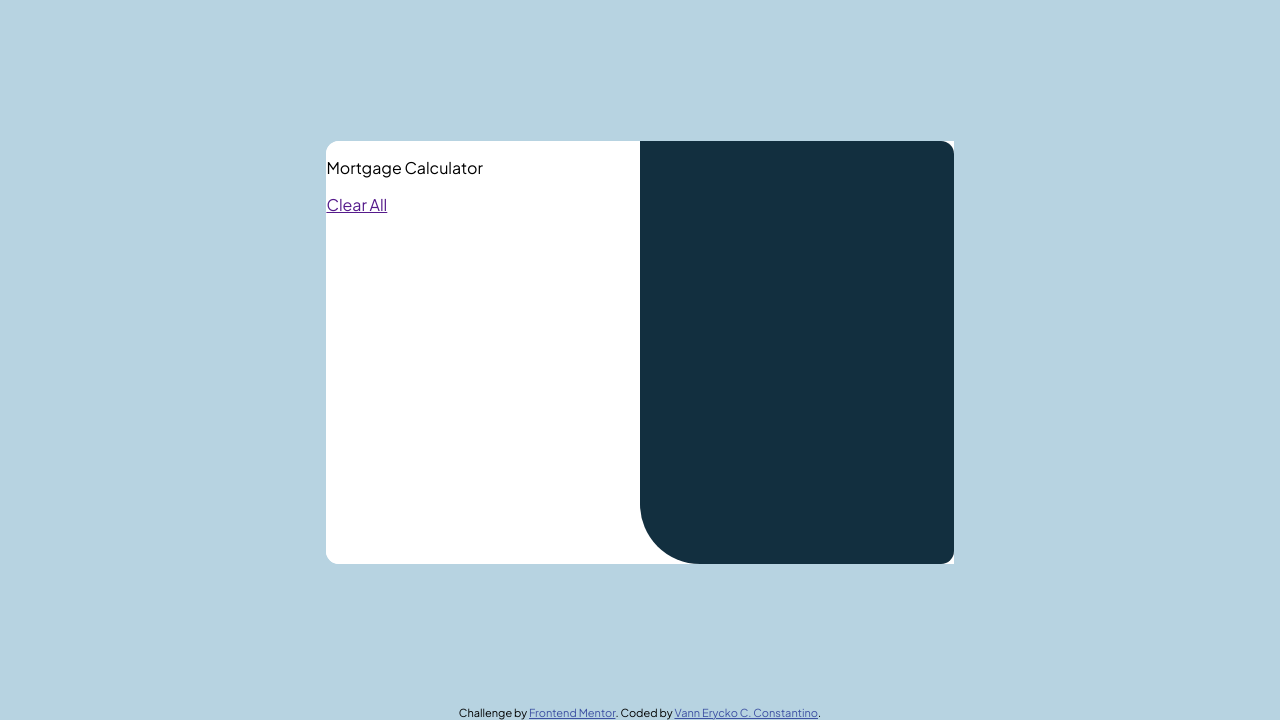
Repository: kocokoy/mortgage-repayment-calculator
Page: index.html
The author's editor kept a copy of each file at every save. The page is drawn from the files as they stood at one save, then again after the next save.
The browser window is 1280 px wide. The pictures show the whole page.

Above is the page before, as saved 2024-10-29 10:06:34.

After the next save:
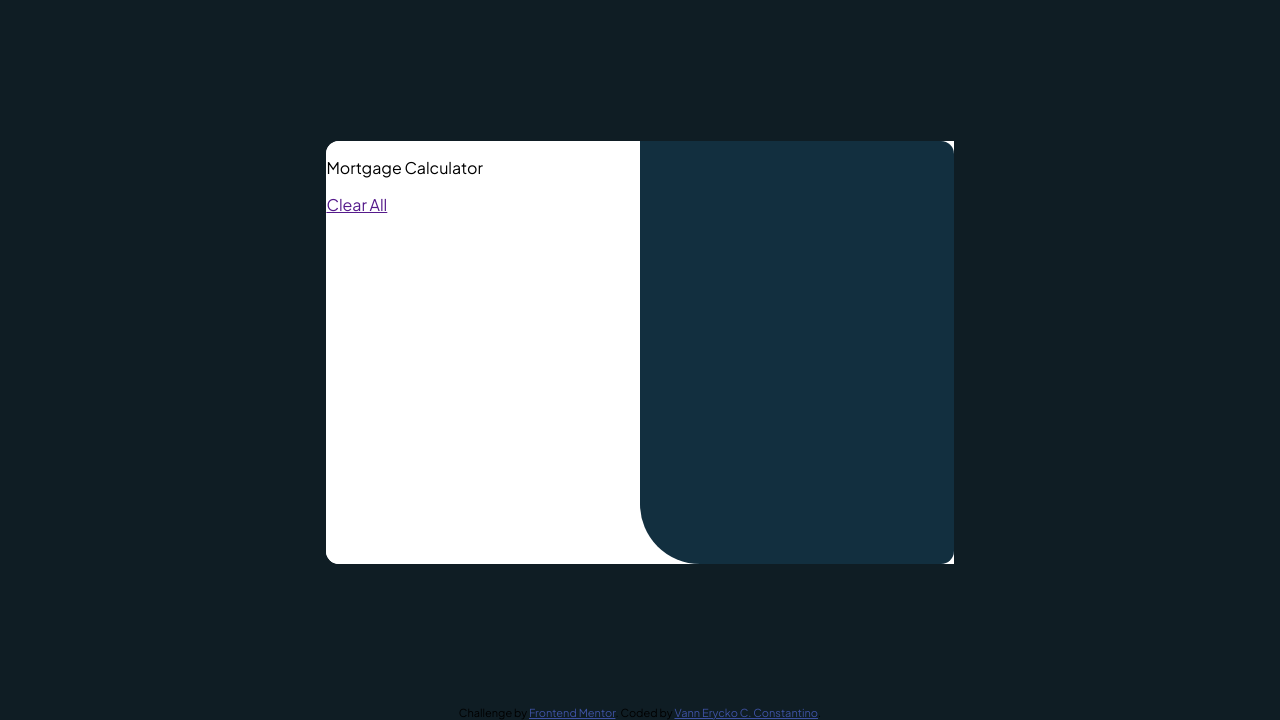
Saved 8 s later.
--- a/styles/style.css
+++ b/styles/style.css
@@ -25,7 +25,7 @@
   margin: 0;
   padding: 0;
   font-family: Plus Jakarta Sans;
-  background-color: hsl(200, 41%, 80%);
+  background-color: hsl(200, 41%, 10%);
 }
 .container{
   height: 98vh;

After the save that followed:
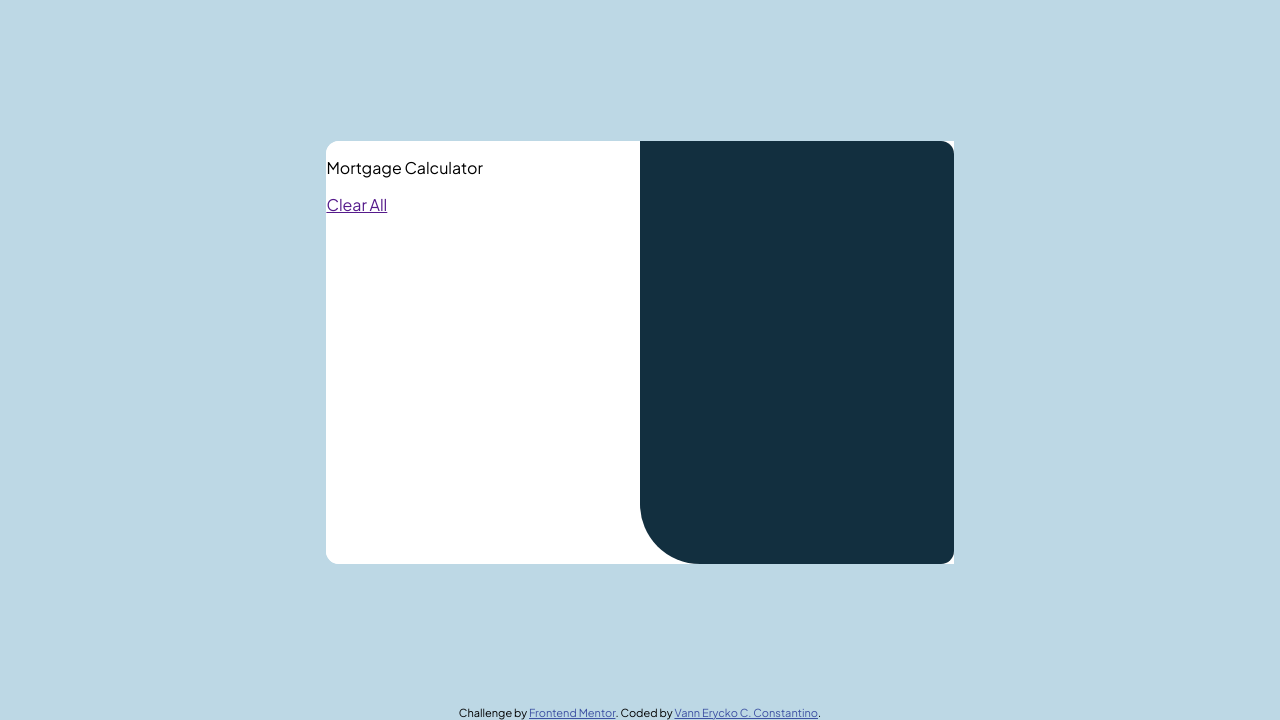
Saved 14 s later.
--- a/styles/style.css
+++ b/styles/style.css
@@ -25,7 +25,7 @@
   margin: 0;
   padding: 0;
   font-family: Plus Jakarta Sans;
-  background-color: hsl(200, 41%, 10%);
+  background-color: hsl(200, 43%, 82%);
 }
 .container{
   height: 98vh;
